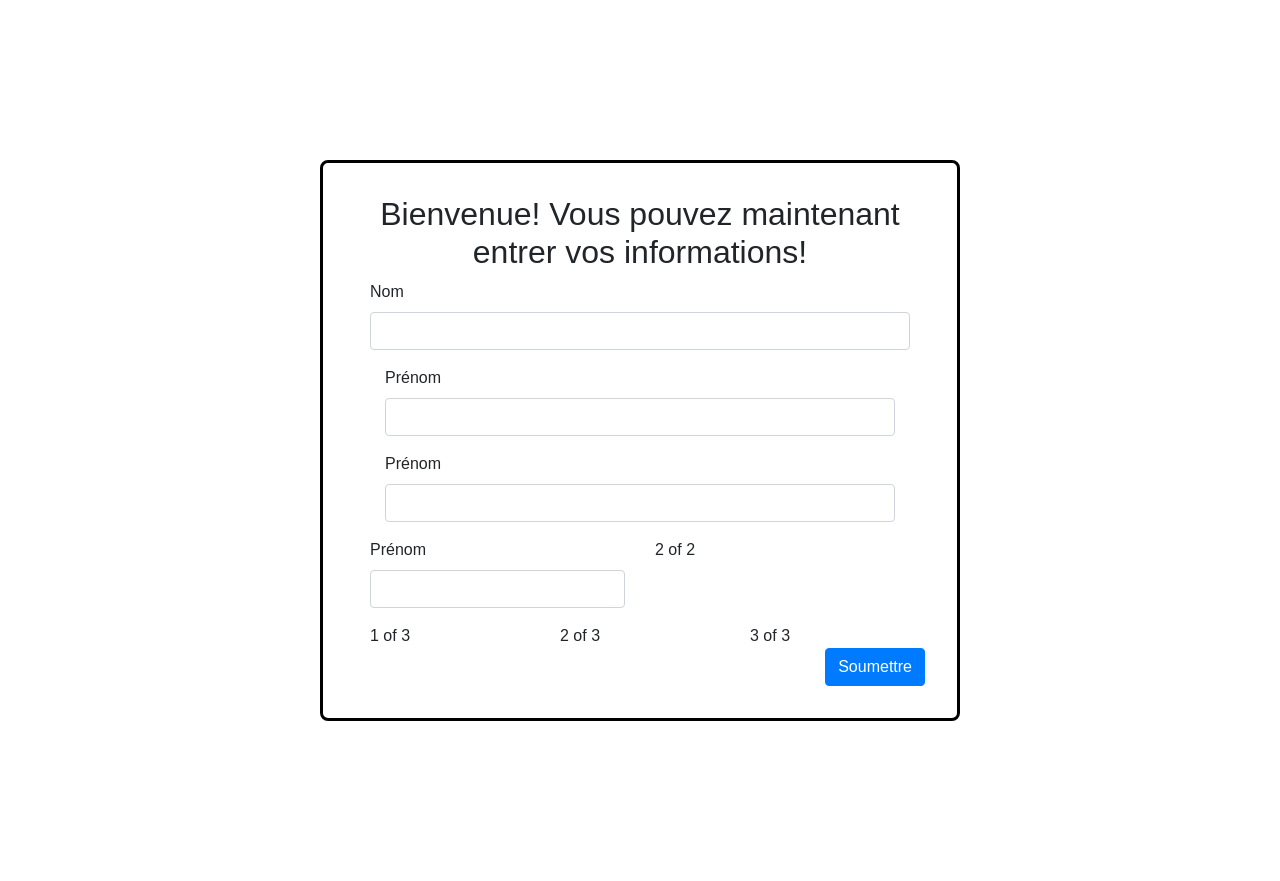
Repository: Aminox84/frontend-main
Page: /
The author's editor kept a copy of each file at every save. The page is drawn from the files as they stood at one save, then again after a run of saves.
The browser window is 1280 px wide. The pictures show the whole page.
The project was rebuilt for these pictures with package versions that can differ from the ones it lists, and the page was loaded fresh each time.

Above is the page before, as saved 2022-12-29 19:54:14.

### public/index.html
<!DOCTYPE html>
<html lang="en">
  <head>
    <meta charset="utf-8" />
    <link rel="icon" href="%PUBLIC_URL%/favicon.ico" />
    <meta name="viewport" content="width=device-width, initial-scale=1" />
    <meta name="theme-color" content="#000000" />
    <meta
      name="description"
      content="Web site created using create-react-app"
    />
    <link rel="apple-touch-icon" href="%PUBLIC_URL%/logo192.png" />

    <link rel="manifest" href="%PUBLIC_URL%/manifest.json" />
    <link rel="stylesheet" href="https://cdn.jsdelivr.net/npm/bootstrap@4.4.1/dist/css/bootstrap.min.css" integrity="sha384-Vkoo8x4CGsO3+Hhxv8T/Q5PaXtkKtu6ug5TOeNV6gBiFeWPGFN9MuhOf23Q9Ifjh" crossorigin="anonymous">

    <title>React App</title>
  </head>
  <body>
    <noscript>You need to enable JavaScript to run this app.</noscript>
    <div id="root"></div>
    <script src="https://code.jquery.com/jquery-3.4.1.slim.min.js" integrity="sha384-J6qa4849blE2+poT4WnyKhv5vZF5SrPo0iEjwBvKU7imGFAV0wwj1yYfoRSJoZ+n" crossorigin="anonymous"></script>
    <script src="https://cdn.jsdelivr.net/npm/popper.js@1.16.0/dist/umd/popper.min.js" integrity="sha384-Q6E9RHvbIyZFJoft+2mJbHaEWldlvI9IOYy5n3zV9zzTtmI3UksdQRVvoxMfooAo" crossorigin="anonymous"></script>
    <script src="https://cdn.jsdelivr.net/npm/bootstrap@4.4.1/dist/js/bootstrap.min.js" integrity="sha384-wfSDF2E50Y2D1uUdj0O3uMBJnjuUD4Ih7YwaYd1iqfktj0Uod8GCExl3Og8ifwB6" crossorigin="anonymous"></script>
  </body>
</html>

### src/App.tsx
import React from 'react';
// import { useMultistepForm } from './useMultistepForm';
// import { AddressForm } from './AddressForm';
// import { AccountForm } from './AccountForm';
import { UserForm } from './userForm';


function App() {


// const {steps,currentStepIndex,step,isFirstStep,isLastStep,back,next} = useMultistepForm([<UserForm />,<AddressForm />,<AccountForm />])

  return (
    <div style={{position:"relative",background:"white",border:"0.2rem solid  black",padding:"2rem",margin:" 10rem auto",borderRadius:".5rem",fontFamily:"Arial",width:"50%",}}>
      <form>
       {/* <div style={{position:"absolute",top:".5rem",right:".5rem"}}> {currentStepIndex + 1} / {steps.length}</div> */}
       <UserForm/>
       <div className='d-flex justify-content-end'>
       {/* {!isFirstStep && <button className='btn btn-primary ml-2' type="button" onClick={back}>Back</button>} */}
       <button type="button" className='btn btn-primary ml-2'>Soumettre</button>
       </div>
      </form>
    </div>
  );
}

export default App;

### src/userForm.tsx
export function UserForm() {
  return (
    <>

      <h2 style={{textAlign:"center"}}>Bienvenue! Vous pouvez maintenant entrer vos informations!</h2>


      <div className="container">
  <div className="row">
    <div className="col">
        <div className="form-group">
          <label htmlFor="exampleInputEmail1">Nom</label>
          <input
            type="email"
            className="form-control"
            id="exampleInputEmail1"
            aria-describedby="emailHelp"
          />
          </div>
    <div className="col">
        <div className="form-group">
          <label htmlFor="exampleInputPassword1">Prénom</label>
          <input
            type="password"
            className="form-control"
            id="exampleInputPassword1"
          />
        </div>
        </div>
    <div className="w-100"></div>
    <div className="col">
        <div className="form-group">
          <label htmlFor="exampleInputPassword1">Prénom</label>
          <input
            type="password"
            className="form-control"
            id="exampleInputPassword1"
          />
        </div>
        </div>
    <div className="col">

        </div>
  </div>
</div>
</div>



<div className="container">
  <div className="row">
    <div className="col">
      <div className="form-group">
          <label htmlFor="exampleInputPassword1">Prénom</label>
          <input
            type="password"
            className="form-control"
            id="exampleInputPassword1"
          />
        </div>
    </div>
    <div className="col">
      2 of 2
    </div>
  </div>
  <div className="row">
    <div className="col">
      1 of 3
    </div>
    <div className="col">
      2 of 3
    </div>
    <div className="col">
      3 of 3
    </div>
  </div>
</div>


    </>
  )
}

Loaded but not shown: src/index.tsx (common file)

After the next 2 saves:
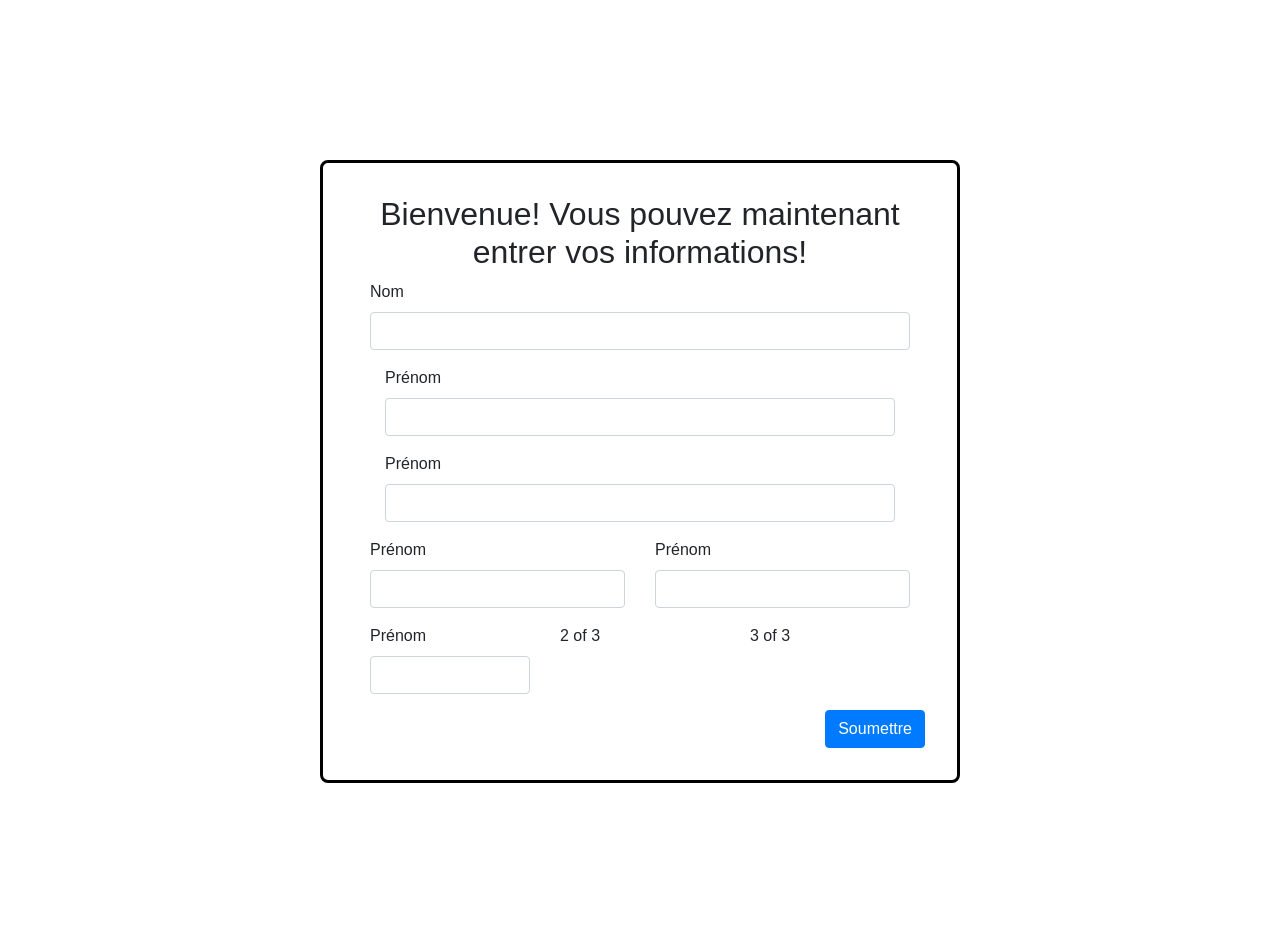
The 2 saves are shown as one change because they came seconds apart.
The last was saved 6 s later.
--- a/src/userForm.tsx
+++ b/src/userForm.tsx
@@ -60,12 +60,26 @@ export function UserForm() {
         </div>
     </div>
     <div className="col">
-      2 of 2
+    <div className="form-group">
+          <label htmlFor="exampleInputPassword1">Prénom</label>
+          <input
+            type="password"
+            className="form-control"
+            id="exampleInputPassword1"
+          />
+        </div>
     </div>
   </div>
   <div className="row">
     <div className="col">
-      1 of 3
+    <div className="form-group">
+          <label htmlFor="exampleInputPassword1">Prénom</label>
+          <input
+            type="password"
+            className="form-control"
+            id="exampleInputPassword1"
+          />
+        </div>
     </div>
     <div className="col">
       2 of 3
